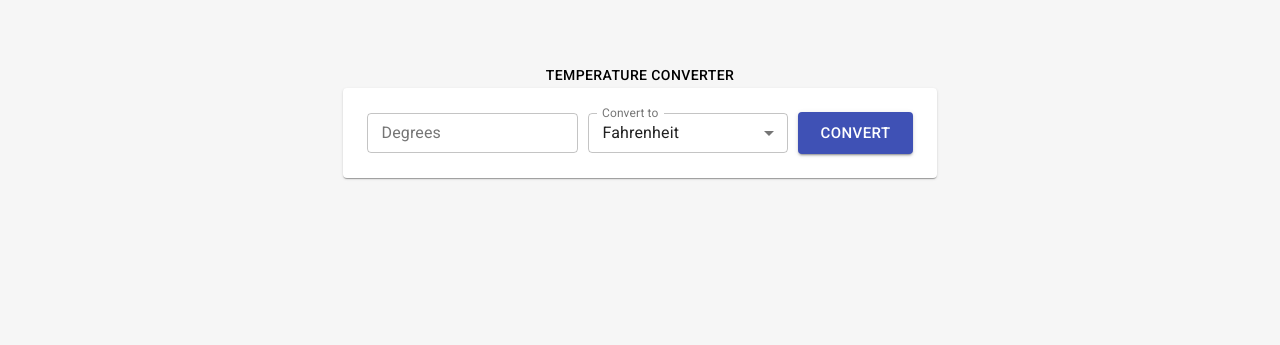
Repository: zum281/temperature-converter
Page: /
The author's editor kept a copy of each file at every save. The page is drawn from the files as they stood at one save, then again after the next save.
The browser window is 1280 px wide. The pictures show the whole page.
The project was rebuilt for these pictures with package versions that can differ from the ones it lists, and the page was loaded fresh each time. Also part of the build but not shown: src/components/Result.js.

Above is the page before, as saved 2021-07-09 14:50:36.

After the next save:
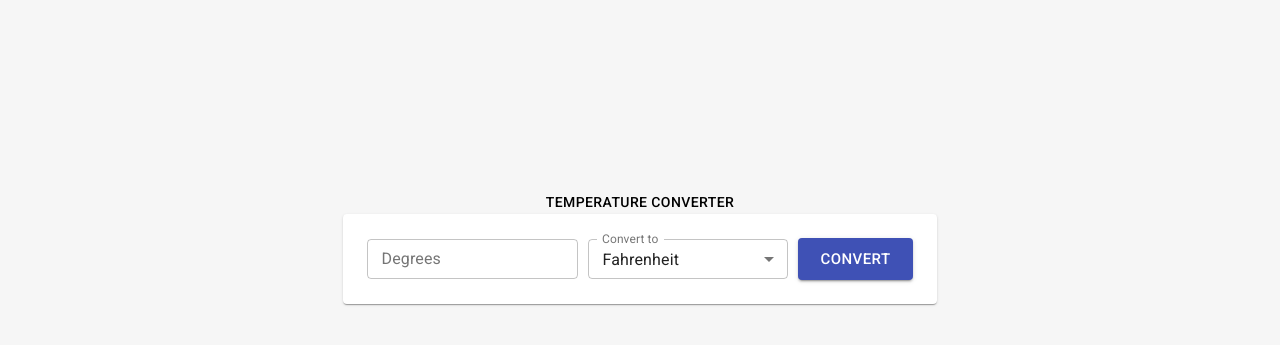
Saved 6 s later.
--- a/src/App.js
+++ b/src/App.js
@@ -9,7 +9,7 @@ const useStyles = makeStyles((theme) => {
             flexDirection: "column",
             alignItems: "center",
             justifyContent: "center",
-            marginTop: "5%",
+            marginTop: "15%",
         },
     };
 });
